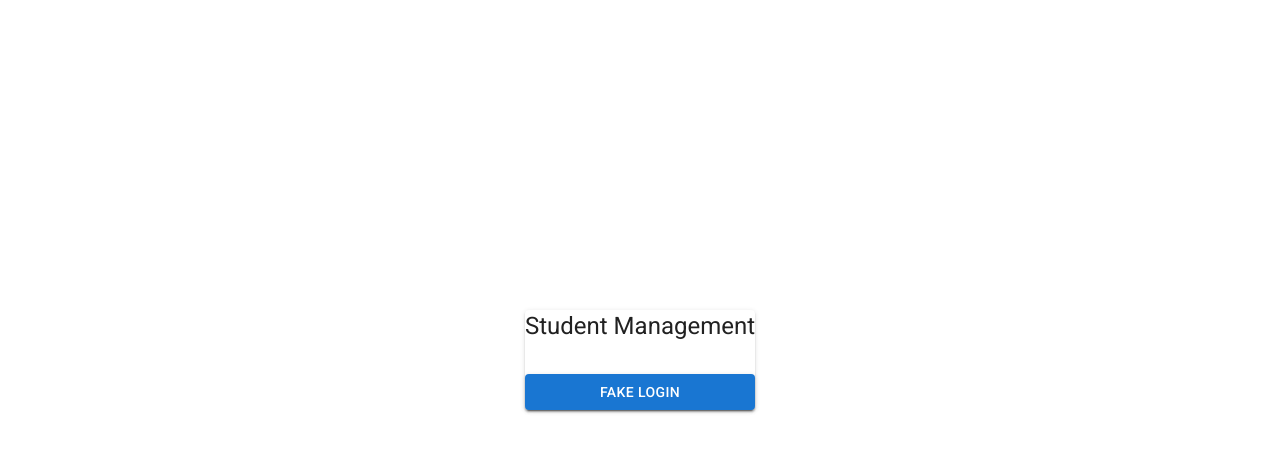
Repository: lethanhdat25/redux-saga
Page: /admin
The author's editor kept a copy of each file at every save. The page is drawn from the files as they stood at one save, then again after the next save.
The browser window is 1280 px wide. The pictures show the whole page.
The page's requests for data from a server got no answer. The project was rebuilt for these pictures with package versions that can differ from the ones it lists, and the page was loaded fresh each time. No one was signed in, and anything a server would have sent is missing. Also part of the build but not shown: src/components/Common/NotFound.tsx.

Above is the page before, as saved 2021-11-02 13:17:52.

### public/index.html
<!DOCTYPE html>
<html lang="en">
  <head>
    <meta charset="utf-8" />
    <link rel="icon" href="%PUBLIC_URL%/favicon.ico" />
    <meta name="viewport" content="width=device-width, initial-scale=1" />
    <meta name="theme-color" content="#000000" />
    <meta
      name="description"
      content="Web site created using create-react-app"
    />
    <link rel="apple-touch-icon" href="%PUBLIC_URL%/logo192.png" />
    <!--
      manifest.json provides metadata used when your web app is installed on a
      user's mobile device or desktop. See https://developers.google.com/web/fundamentals/web-app-manifest/
    -->
    <link rel="manifest" href="%PUBLIC_URL%/manifest.json" />
    <!-- Material UI -->
    <link
      rel="stylesheet"
      href="https://fonts.googleapis.com/css?family=Roboto:300,400,500,700&display=swap"
    />
    <link
      rel="stylesheet"
      href="https://fonts.googleapis.com/icon?family=Material+Icons"
    />
    <!--
      Notice the use of %PUBLIC_URL% in the tags above.
      It will be replaced with the URL of the `public` folder during the build.
      Only files inside the `public` folder can be referenced from the HTML.

      Unlike "/favicon.ico" or "favicon.ico", "%PUBLIC_URL%/favicon.ico" will
      work correctly both with client-side routing and a non-root public URL.
      Learn how to configure a non-root public URL by running `npm run build`.
    -->
    <title>React Redux App</title>
  </head>
  <body>
    <noscript>You need to enable JavaScript to run this app.</noscript>
    <div id="root"></div>
    <!--
      This HTML file is a template.
      If you open it directly in the browser, you will see an empty page.

      You can add webfonts, meta tags, or analytics to this file.
      The build step will place the bundled scripts into the <body> tag.

      To begin the development, run `npm start` or `yarn start`.
      To create a production bundle, use `npm run build` or `yarn build`.
    -->
  </body>
</html>

### src/index.tsx
import { CssBaseline } from "@mui/material";
import React from 'react';
import ReactDOM from 'react-dom';
import { Provider } from 'react-redux';
import { BrowserRouter as Router } from 'react-router-dom';
import App from './App';
import { store } from './app/store';
import './index.css';
import * as serviceWorker from './serviceWorker';
ReactDOM.render(
  <React.StrictMode>
    <Provider store={store}>
      <Router>
        <CssBaseline/>
        <App/>
      </Router>
    </Provider>
  </React.StrictMode>,
  document.getElementById('root')
);

// If you want your app to work offline and load faster, you can change
// unregister() to register() below. Note this comes with some pitfalls.
// Learn more about service workers: https://bit.ly/CRA-PWA
serviceWorker.unregister();

### src/App.tsx
import cityApi from 'api/cityApi';
import { NotFound, PrivateRoute } from 'components/Common';
import { AdminLayout } from 'components/Layout';
import LoginPage from 'features/auth/pages/LoginPages';
import React, { useEffect } from 'react';
import { Route, Switch } from 'react-router-dom';

function App() {
  useEffect(()=>{
    cityApi.getAll().then(response => console.log(response));
  },[]);
  return (
    <div>
      <Switch>
        <Route path="/login" component={LoginPage} />
        <PrivateRoute path="/admin" component={AdminLayout}/>
        <Route component={NotFound}/>
      </Switch>
    </div>
  );
}

export default App;

### src/app/store.ts
import createSagaMiddleware from '@redux-saga/core';
import { configureStore, ThunkAction, Action } from '@reduxjs/toolkit';
import counterReducer from '../features/counter/counterSlice';
import rootSaga from './rootSaga';

const sagaMiddleware = createSagaMiddleware();
export const store = configureStore({
  reducer: {
    counter: counterReducer,
  },
  middleware: (getDefaultMiddle) => getDefaultMiddle().concat(sagaMiddleware),
});
sagaMiddleware.run(rootSaga);

export type AppDispatch = typeof store.dispatch;
export type RootState = ReturnType<typeof store.getState>;
export type AppThunk<ReturnType = void> = ThunkAction<
  ReturnType,
  RootState,
  unknown,
  Action<string>
>;

### src/api/cityApi.ts
import { City, ListResponse } from 'models';
import axiosClient from './axiosClient';

const cityApi = {
  getAll(): Promise<ListResponse<City>> {
    const url = '/cities';
    return axiosClient.get(url, {
      params: {
        _limit: 10,
        _page: 1,
      },
    });
  },
};
export default cityApi;

### src/components/Common/index.ts
export * from './NotFound';
export * from './PrivateRoute';

### src/components/Layout/index.ts
export * from './Amin';

### src/features/auth/pages/LoginPages.tsx
import { Box, Button, Paper, Typography } from '@mui/material';
import { makeStyles } from '@mui/styles';
import * as React from 'react';
const useStyles=makeStyles((theme) => ({
  root: {
    display: 'flex',
    flexFlow: 'row nowrap',
    justifyContent: 'center',
    alignItems: 'center',
    minHeight:'100vh'
  },
  box:{
    padding:"24"
  }
}));
export interface ILoginPageProps {
}

export default function LoginPage (props: ILoginPageProps) {
  const classes= useStyles();
  return (
    <div className={classes.root}>
      <Paper elevation={2} className={classes.box}>
        <Typography component="h1" variant="h5">Student Management</Typography>
        <Box mt={4}>
          <Button fullWidth variant="contained" color="primary">
            Fake Login
          </Button>
        </Box>
      </Paper>
    </div>
  );
}

### src/features/counter/counterSlice.ts
import { createAsyncThunk, createSlice, PayloadAction } from '@reduxjs/toolkit';
import { RootState, AppThunk } from '../../app/store';
import { fetchCount } from './counterAPI';

export interface CounterState {
  value: number;
  status: 'idle' | 'loading' | 'failed';
}

const initialState: CounterState = {
  value: 0,
  status: 'idle',
};

// The function below is called a thunk and allows us to perform async logic. It
// can be dispatched like a regular action: `dispatch(incrementAsync(10))`. This
// will call the thunk with the `dispatch` function as the first argument. Async
// code can then be executed and other actions can be dispatched. Thunks are
// typically used to make async requests.
export const incrementAsync = createAsyncThunk('counter/fetchCount', async (amount: number) => {
  const response = await fetchCount(amount);
  // The value we return becomes the `fulfilled` action payload
  return response.data;
});

export const counterSlice = createSlice({
  name: 'counter',
  initialState,
  // The `reducers` field lets us define reducers and generate associated actions
  reducers: {
    increment: (state) => {
      // Redux Toolkit allows us to write "mutating" logic in reducers. It
      // doesn't actually mutate the state because it uses the Immer library,
      // which detects changes to a "draft state" and produces a brand new
      // immutable state based off those changes
      state.value += 1;
    },
    decrement: (state) => {
      state.value -= 1;
    },
    // Use the PayloadAction type to declare the contents of `action.payload`
    incrementByAmount: (state, action: PayloadAction<number>) => {
      state.value += action.payload;
    },
    //Test Saga
    incrementSaga: (state, action: PayloadAction<number>) => {
      state.status = 'loading';
    },
    incrementSagaSuccess: (state, action: PayloadAction<number>) => {
      state.status = 'idle';
      state.value += action.payload;
    },
  },
  // The `extraReducers` field lets the slice handle actions defined elsewhere,
  // including actions generated by createAsyncThunk or in other slices.
  extraReducers: (builder) => {
    builder
      .addCase(incrementAsync.pending, (state) => {
        state.status = 'loading';
      })
      .addCase(incrementAsync.fulfilled, (state, action) => {
        state.status = 'idle';
        state.value += action.payload;
      });
  },
});

export const { increment, decrement, incrementByAmount, incrementSaga, incrementSagaSuccess } =
  counterSlice.actions;

// The function below is called a selector and allows us to select a value from
// the state. Selectors can also be defined inline where they're used instead of
// in the slice file. For example: `useSelector((state: RootState) => state.counter.value)`
export const selectCount = (state: RootState) => state.counter.value;

// We can also write thunks by hand, which may contain both sync and async logic.
// Here's an example of conditionally dispatching actions based on current state.
export const incrementIfOdd =
  (amount: number): AppThunk =>
  (dispatch, getState) => {
    const currentValue = selectCount(getState());
    if (currentValue % 2 === 1) {
      dispatch(incrementByAmount(amount));
    }
  };

export default counterSlice.reducer;

### src/app/rootSaga.ts
import counterSaga from 'features/counter/counterSaga';
import { all } from 'redux-saga/effects';
//TODO: create root saga
function* helloSaga() {
  console.log('Hello Saga!');
}
export default function* rootSaga() {
  console.log('rootSaga');
  yield all([helloSaga(), counterSaga()]);
}

### src/api/axiosClient.ts
import axios, { AxiosRequestConfig, AxiosResponse } from 'axios';

const axiosClient = axios.create({
  baseURL: 'https://js-post-api.herokuapp.com/api/',
  headers: {
    'Content-Type': 'application/json',
  },
});
// Add a request interceptor
axiosClient.interceptors.request.use(
  function (config: AxiosRequestConfig) {
    // Do something before request is sent
    return config;
  },
  function (error) {
    // Do something with request error
    return Promise.reject(error);
  }
);

// Add a response interceptor
axiosClient.interceptors.response.use(
  function (response: AxiosResponse) {
    // Any status code that lie within the range of 2xx cause this function to trigger
    // Do something with response data
    return response.data;
  },
  function (error) {
    // Any status codes that falls outside the range of 2xx cause this function to trigger
    // Do something with response error
    return Promise.reject(error);
  }
);

export default axiosClient;

### src/components/Common/PrivateRoute.tsx
import * as React from 'react';
import { Route, RouteProps, useHistory } from 'react-router-dom';


export function PrivateRoute (props: RouteProps) {
  // TODO:Check if user is login
  const isLoggedIn = Boolean(localStorage.getItem('access_token'))
  const history=useHistory();
    //If no,redirect to login page
  if(!isLoggedIn) {
    history.push("/login")
  }
    //Otherwise,show the route
  return (
    <Route {...props}/>
  );
}

### src/components/Layout/Amin.tsx
import * as React from 'react';

export interface IAdminLayoutProps {
}

export function AdminLayout (props: IAdminLayoutProps) {
  return (
    <div>
      Admin Layout
    </div>
  );
}

### src/features/counter/counterSaga.ts
import { delay, put, takeLatest } from '@redux-saga/core/effects';
import { PayloadAction } from '@reduxjs/toolkit';
import { incrementSaga, incrementSagaSuccess } from './counterSlice';

export function* handleIncrementSaga(action: PayloadAction<number>) {
  console.log('Waiting 2s');
  yield delay(2000);
  console.log('Waiting done, dispatch action');

  //Dispatch action success
  yield put(incrementSagaSuccess(action.payload));
}
export default function* counterSaga() {
  console.log('counterSaga');
  yield takeLatest(incrementSaga.toString(), handleIncrementSaga);
}

Loaded but not shown: src/index.css (common file); src/serviceWorker.ts (common file); src/features/counter/counterAPI.ts (common file)

After the next save:
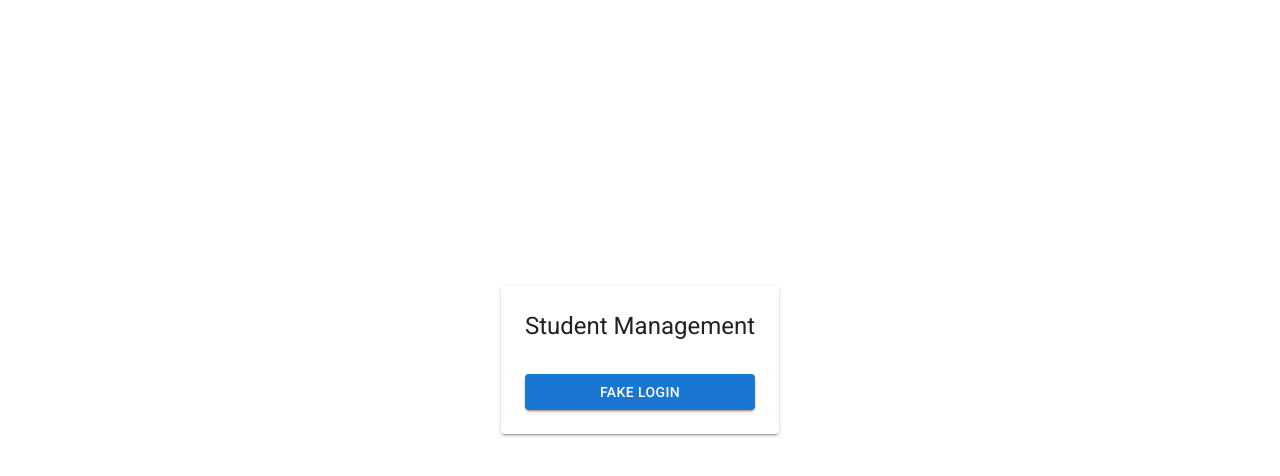
Saved 20 s later.
--- a/src/features/auth/pages/LoginPages.tsx
+++ b/src/features/auth/pages/LoginPages.tsx
@@ -10,7 +10,7 @@
     minHeight:'100vh'
   },
   box:{
-    padding:"24"
+    padding:"24px"
   }
 }));
 export interface ILoginPageProps {
